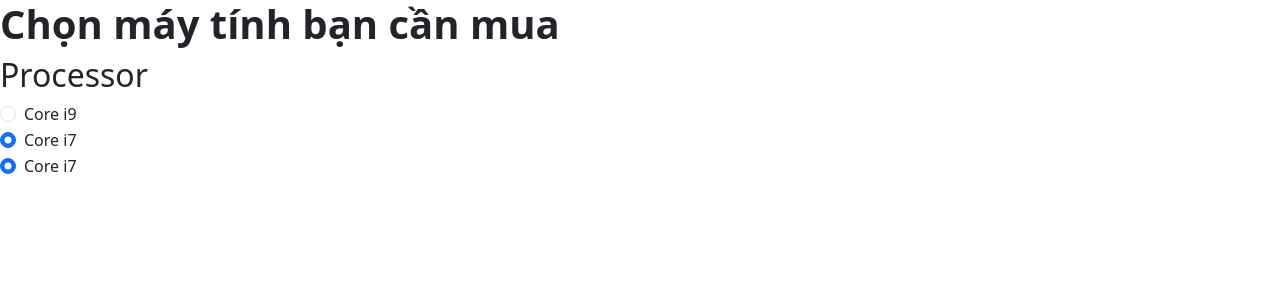
Repository: wuubangdev/bookstore-servlet-jsp
Page: http://localhost/Bai20_JSPCoban_TrangMuaHang/muaMayTinh.jsp
These files come from the project's save history. The page is drawn as it stood at one moment and after the next save; the edit follows.
The browser window is 1280 px wide. The pictures show the whole page.
The page is served by Tomcat 9.

Above is the page before, as saved 2024-03-19 02:44:45.

### Bai20_JSPCoban_TrangMuaHang/src/main/webapp/muaMayTinh.jsp
<%@ page language="java" contentType="text/html; charset=UTF-8"
    pageEncoding="UTF-8"%>
<!DOCTYPE html>
<html>
<head>
<meta charset="UTF-8">
<title>PC</title>
<link href="https://cdn.jsdelivr.net/npm/bootstrap@5.3.3/dist/css/bootstrap.min.css" rel="stylesheet" integrity="sha384-QWTKZyjpPEjISv5WaRU9OFeRpok6YctnYmDr5pNlyT2bRjXh0JMhjY6hW+ALEwIH" crossorigin="anonymous">
<script src="https://cdn.jsdelivr.net/npm/bootstrap@5.3.3/dist/js/bootstrap.bundle.min.js" integrity="sha384-YvpcrYf0tY3lHB60NNkmXc5s9fDVZLESaAA55NDzOxhy9GkcIdslK1eN7N6jIeHz" crossorigin="anonymous"></script>
</head>
<body>
	<h1 style="font-weight: bold;">Chọn máy tính bạn cần mua</h1>
	<form id="form-1">
		<h2>Processor</h2>
		<div class="form-check">
		  <input class="form-check-input" type="radio" name="corei9" id="corei9">
		  <label class="form-check-label" for="corei9">
		   Core i9
		  </label>
		</div>
		<div class="form-check">
		  <input class="form-check-input" type="radio" name="corei7" id="corei7" checked>
		  <label class="form-check-label" for="corei7">
		   Core i7
		  </label>
		</div>
		<div class="form-check">
		  <input class="form-check-input" type="radio" name="corei3" id="corei3" checked>
		  <label class="form-check-label" for="corei3">
		   Core i7
		  </label>
		</div>
	</form>
</body>
</html>

After the next save:
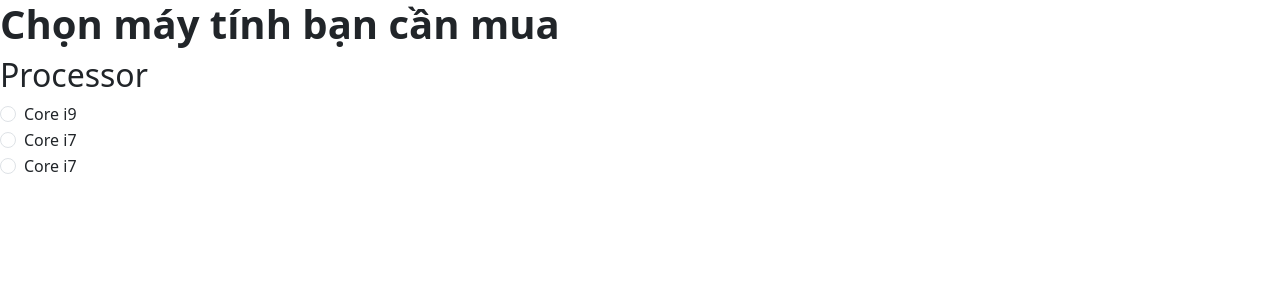
Saved 25 s later.
--- a/Bai20_JSPCoban_TrangMuaHang/src/main/webapp/muaMayTinh.jsp
+++ b/Bai20_JSPCoban_TrangMuaHang/src/main/webapp/muaMayTinh.jsp
@@ -19,13 +19,13 @@
 		  </label>
 		</div>
 		<div class="form-check">
-		  <input class="form-check-input" type="radio" name="corei7" id="corei7" checked>
+		  <input class="form-check-input" type="radio" name="corei7" id="corei7">
 		  <label class="form-check-label" for="corei7">
 		   Core i7
 		  </label>
 		</div>
 		<div class="form-check">
-		  <input class="form-check-input" type="radio" name="corei3" id="corei3" checked>
+		  <input class="form-check-input" type="radio" name="corei3" id="corei3">
 		  <label class="form-check-label" for="corei3">
 		   Core i7
 		  </label>
